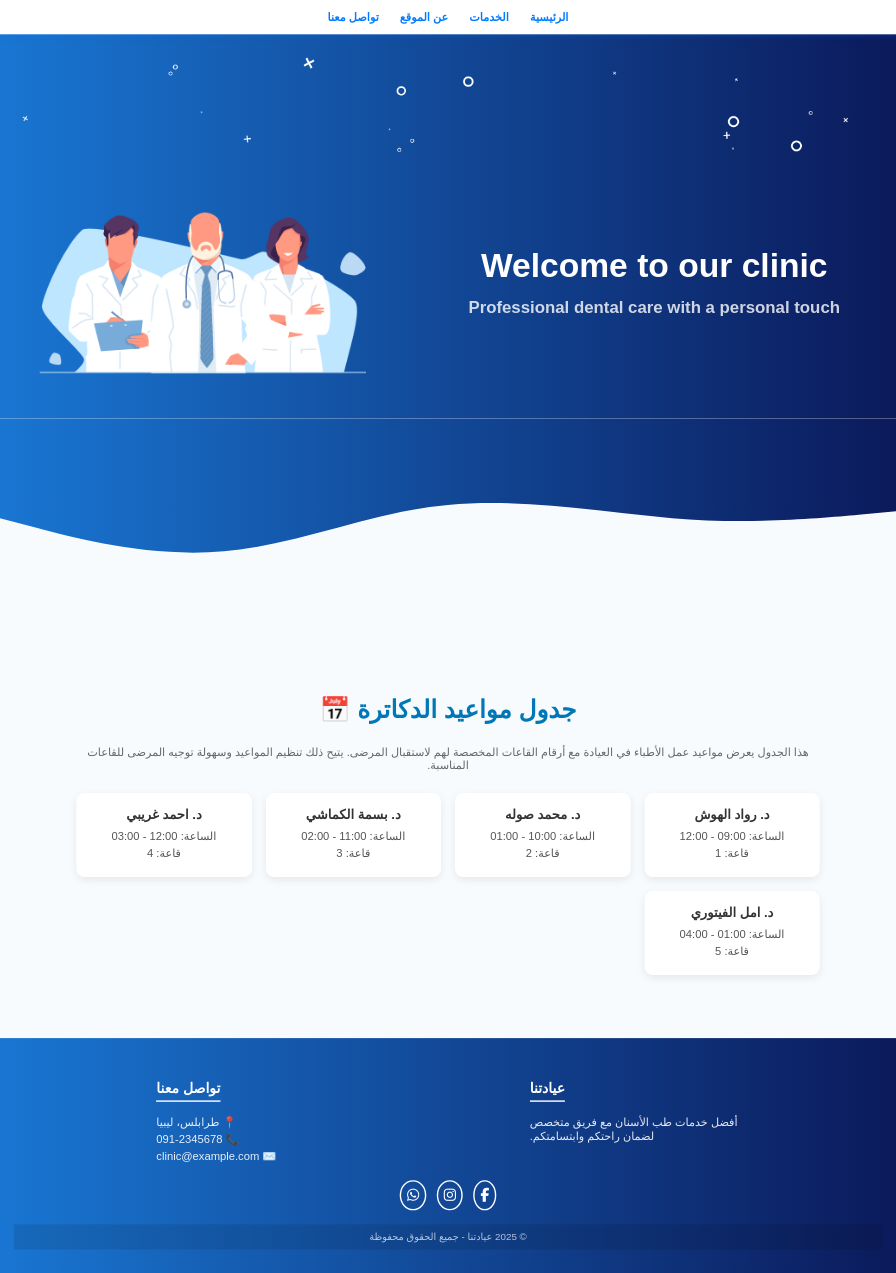
Repository: mysite4/s
Page: http://localhost/services/reception/
These files come from the project's save history. The page is drawn as it stood at one moment and after the next save; the edit follows.
The browser window is 1280 px wide. The pictures show the whole page, at 70% of full size.
Some web fonts or font styles are not loaded; a fallback is used. The page is served by the project's application, run on Django 5.2 (manage.py). Other server files are loaded and not shown.

Above is the page before, as saved 2025-11-10 21:54:14.

### main/templates/services/reception.html
{% extends 'base.html' %}
{% load static %}

{% block content %}
<link rel="stylesheet" href="{% static 'css/dashboard.css' %}">

<div class="page-container fade-in">
  <h1 class="page-title">جدول مواعيد الدكاترة 📅</h1>
  <p class="page-subtitle">
    هذا الجدول يعرض مواعيد عمل الأطباء في العيادة مع أرقام القاعات المخصصة لهم لاستقبال المرضى.
    يتيح ذلك تنظيم المواعيد وسهولة توجيه المرضى للقاعات المناسبة.
  </p>

  <div class="appointments-grid">
    <div class="appointment-card">
      <h3>د. رواد الهوش</h3>
      <p>الساعة: 09:00 - 12:00</p>
      <p>قاعة: 1</p>
    </div>

    <div class="appointment-card">
      <h3>د. محمد صوله</h3>
      <p>الساعة: 10:00 - 01:00</p>
      <p>قاعة: 2</p>
    </div>

    <div class="appointment-card">
      <h3>د. بسمة الكماشي</h3>
      <p>الساعة: 11:00 - 02:00</p>
      <p>قاعة: 3</p>
    </div>

    <div class="appointment-card">
      <h3>د. احمد غريبي</h3>
      <p>الساعة: 12:00 - 03:00</p>
      <p>قاعة: 4</p>
    </div>

    <div class="appointment-card">
      <h3>د. امل الفيتوري</h3>
      <p>الساعة: 01:00 - 04:00</p>
      <p>قاعة: 5</p>
    </div>
  </div>
</div>

<style>
.page-subtitle {
  text-align: center;
  color: #666;
  margin-top: -10px;
  margin-bottom: 30px;
}

.appointments-grid {
  display: grid;
  grid-template-columns: repeat(auto-fit, minmax(250px, 1fr));
  gap: 20px;
}

.appointment-card {
  background: #fff;
  border-radius: 12px;
  padding: 20px;
  box-shadow: 0 4px 12px rgba(0,0,0,0.08);
  transition: transform 0.2s ease, box-shadow 0.2s ease;
  text-align: center;
}

.appointment-card:hover {
  transform: translateY(-5px);
  box-shadow: 0 6px 18px rgba(0,0,0,0.12);
}

.appointment-card h3 {
  margin: 0 0 10px;
  color: #333;
}

.appointment-card p {
  margin: 5px 0;
  color: #555;
}
</style>

{% endblock %}

### main/templates/base.html
{% load static %}
<!DOCTYPE html>
<html lang="ar" dir="rtl">
<head>
<meta charset="UTF-8">
<meta name="viewport" content="width=device-width, initial-scale=1.0">
<title>{% block title %}عيادتنا{% endblock %}</title>
<link href="https://fonts.googleapis.com/css2?family=Cairo:wght@200..1000&display=swap" rel="stylesheet">
<link rel="stylesheet" href="https://cdn.jsdelivr.net/npm/swiper@10/swiper-bundle.min.css"/>
<link rel="stylesheet" href="https://cdnjs.cloudflare.com/ajax/libs/font-awesome/6.5.0/css/all.min.css">
<link rel="stylesheet" href="{% static 'css/style.css' %}">
{% block extra_head %}{% endblock %}
</head>
<body>

<!-- الهيدر -->
<nav>
  <ul>
    <li>{% if request.path == '/' %}
  <a href="#" class="active">الرئيسية</a>
{% else %}
  <a href="{% url 'home' %}">الرئيسية</a>
{% endif %}
</li>
    <li>
    {% if request.path == '/' %}
      <a href="#services">الخدمات</a>
    {% else %}
      <a href="{% url 'home' %}#services">الخدمات</a>
    {% endif %}
  </li>
    <li>
    {% if request.path == '/' %}
      <a href="#about">عن الموقع</a>
    {% else %}
      <a href="{% url 'home' %}#about">عن الموقع</a>
    {% endif %}
  </li>
    <li><a href="#contact">تواصل معنا</a></li>
  </ul>
</nav>

<header id="home">
  <div class="header-image">
    <img src="{% static 'image/44.png' %}" alt="صورة شفافة">
  </div>
  <div class="header-content">
    <div class="header-text">
      <h1>Welcome to our clinic</h1>
      <h3>Professional dental care with a personal touch</h3>
    </div>
    <div class="header-icon">
      <img src="{% static 'image/r.png.png' %}" alt="ريم">
    </div>
  </div>
</header>
<!-- موجة -->
<svg class="waves" xmlns="http://www.w3.org/2000/svg" viewBox="0 0 1440 320">
  <defs>
    <linearGradient id="waveGradient" x1="0%" y1="0%" x2="100%" y2="0%">
      <stop offset="0%" style="stop-color:#1976d2;stop-opacity:1" />
      <stop offset="100%" style="stop-color:#0b1a5b;stop-opacity:1"/>
    </linearGradient>
  </defs>
  <path fill="url(#waveGradient)" d="M0,160L60,176C120,192,240,224,360,213.3C480,203,600,149,720,138.7C840,128,960,149,1080,160C1200,171,1320,160,1380,154.7L1440,149L1440,0L0,0Z"></path>
</svg>
<!-- مكان المحتوى لكل صفحة -->
<main>
  {% block content %}{% endblock %}
</main>

<!-- الفوتر -->
<footer id="contact">
  <div class="footer-container">
    <div class="footer-col">
      <h3>عيادتنا</h3>
      <p>أفضل خدمات طب الأسنان مع فريق متخصص لضمان راحتكم وابتسامتكم.</p>
    </div>

    <div class="footer-col">
      <h3>تواصل معنا</h3>
      <ul>
        <li>📍 طرابلس، ليبيا</li>
        <li>📞 091-2345678</li>
        <li>✉️ clinic@example.com</li>
      </ul>
    </div>
  </div>

  <div class="social-icons">
    <a href="#"><i class="fab fa-facebook-f"></i></a>
    <a href="#"><i class="fab fa-instagram"></i></a>
    <a href="#"><i class="fab fa-whatsapp"></i></a>
  </div>

  <p class="bottom-text">© 2025 عيادتنا - جميع الحقوق محفوظة</p>
</footer>

<script src="https://cdn.jsdelivr.net/npm/swiper@10/swiper-bundle.min.js"></script>
{% block extra_js %}{% endblock %}

<!-- Bootstrap JS -->
<script src="https://cdn.jsdelivr.net/npm/bootstrap@5.3.0/dist/js/bootstrap.bundle.min.js"></script>

</body>
</html>

### main/views.py
from django.shortcuts import render, redirect
from django.http import JsonResponse
from .models import Appointment, Patient
from .forms import AppointmentForm, PatientForm
from django.utils import timezone

# الصفحة الرئيسية
def home(request):
    return render(request, 'home.html')


# صفحة الحجز
# صفحة الحجز
def booking_page(request):
    if request.method == 'POST':
        form = AppointmentForm(request.POST)
        if form.is_valid():
            appointment = form.save()  # يخزن الموعد

            # الحصول على الملاحظات من الفورم
            patient_name = form.cleaned_data['name']
            patient_phone = form.cleaned_data['phone']
            patient_notes = form.cleaned_data.get('message', '')

            # إنشاء أو تحديث المريض لتخزين الملاحظات
            patient, created = Patient.objects.update_or_create(
                name=patient_name,
                defaults={
                    'phone': patient_phone,
                    'notes': patient_notes
                }
            )

            return render(request, 'booking_success.html')
    else:
        form = AppointmentForm()
    return render(request, 'booking.html', {'form': form})

# عرض جميع المواعيد
def appointments(request):
    appointments_list = Appointment.objects.all().order_by('-date', '-time')
    return render(request, 'services/appointments.html', {'appointments': appointments_list})


# عرض وإضافة المرضى
def patients_view(request):
    if request.method == 'POST':
        form = PatientForm(request.POST)
        if form.is_valid():
            form.save()
            return redirect('patients')
    else:
        form = PatientForm()

    patients_list = Patient.objects.all().order_by('-id')
    return render(request, 'services/patients.html', {'form': form, 'patients': patients_list})


# صفحات الخدمات الأخرى (عرض فقط)
def accounting(request):
    return render(request, 'services/accounting.html')

def reception(request):
    return render(request, 'services/reception.html')

def notifications(request):
    return render(request, 'services/notifications.html')

def tasks(request):
    return render(request, 'services/tasks.html')

def emergency(request):
    return render(request, 'services/emergency.html')


# تعديل موعد باستخدام AJAX
def edit_appointment(request):
    if request.method == "POST":
        appointment_id = request.POST.get("appointment_id")
        appointment = Appointment.objects.get(id=appointment_id)
        appointment.name = request.POST.get("patient_name")
        appointment.date = request.POST.get("date")
        appointment.time = request.POST.get("time")
        appointment.save()
        return JsonResponse({"success": True})
    return JsonResponse({"success": False})


# صفحة الإحصائيات (عدد المرضى + الحجوزات التي أُدخلت اليوم)
def stats_view(request):
    today = timezone.localdate()  # تاريخ اليوم حسب المنطقة الزمنية

    # عدد المرضى الكلي
    total_patients = Patient.objects.count()

    # عدد الحجوزات التي تم إدخالها اليوم
    visits_today = Appointment.objects.filter(created_at__date=today).count()

    context = {
        'total_patients': total_patients,
        'visits_today': visits_today,
    }

    print("📊 الإحصائيات تعمل بنجاح ✅")  # يظهر في التيرمنال لتأكيد التنفيذ
    return render(request, 'services/statistics.html', context)

### mysite/urls.py
"""
URL configuration for mysite project.

The `urlpatterns` list routes URLs to views. For more information please see:
    https://docs.djangoproject.com/en/5.2/topics/http/urls/
Examples:
Function views
    1. Add an import:  from my_app import views
    2. Add a URL to urlpatterns:  path('', views.home, name='home')
Class-based views
    1. Add an import:  from other_app.views import Home
    2. Add a URL to urlpatterns:  path('', Home.as_view(), name='home')
Including another URLconf
    1. Import the include() function: from django.urls import include, path
    2. Add a URL to urlpatterns:  path('blog/', include('blog.urls'))
"""
from django.contrib import admin
from django.urls import path, include

urlpatterns = [
    path('admin/', admin.site.urls),
    path('', include('main.urls')),
]

### main/urls.py
from django.urls import path
from . import views

urlpatterns = [
    path('', views.home, name='home'),
    path('booking/', views.booking_page, name='booking_page'),
    path('services/appointments/', views.appointments, name='appointments'),
    path('services/patients/', views.patients_view, name='patients'),
    path('services/accounting/', views.accounting, name='accounting'),
    path('services/reception/', views.reception, name='reception'),
    path('services/notifications/', views.notifications, name='notifications'),
    path('services/statistics/', views.stats_view, name='statistics'),  # ✅ تم التعديل هنا
    path('services/tasks/', views.tasks, name='tasks'),
    path('services/emergency/', views.emergency, name='emergency'),
    path('edit_appointment/', views.edit_appointment, name='edit_appointment'),
]

### main/static/css/dashboard.css
@import url('https://fonts.googleapis.com/css2?family=Cairo:wght@400;600;700&display=swap');

body {
  font-family: 'Cairo', sans-serif;
  background-color: #f8fbfd;
  color: #222;
  margin: 0;
  padding: 0;
  direction: rtl;
}

.page-container {
  width: 90%;
  margin: 60px auto;
  text-align: center;
}

.page-title {
  font-size: 2.2rem;
  color: #0077b6;
  margin-bottom: 40px;
  font-weight: 700;
}

.grid-container {
  display: grid;
  grid-template-columns: repeat(auto-fit, minmax(270px, 1fr));
  gap: 25px;
}

.card {
  background-color: #fff;
  padding: 25px;
  border-radius: 18px;
  box-shadow: 0 3px 15px rgba(0, 0, 0, 0.07);
  transition: transform 0.3s ease, box-shadow 0.3s ease;
}

.card:hover {
  transform: translateY(-6px);
  box-shadow: 0 5px 18px rgba(0, 0, 0, 0.1);
}

.card h3 {
  color: #023e8a;
  margin-bottom: 10px;
}

.card p {
  font-size: 0.95rem;
  color: #555;
  margin-bottom: 15px;
}

.btn-main, .btn-secondary, .btn-alert {
  border: none;
  border-radius: 12px;
  padding: 10px 20px;
  cursor: pointer;
  font-weight: bold;
  transition: all 0.3s ease;
}

.btn-main {
  background-color: #0077b6;
  color: white;
}

.btn-main:hover {
  background-color: #0096c7;
}

.btn-secondary {
  background-color: #90e0ef;
  color: #023e8a;
}

.btn-secondary:hover {
  background-color: #48cae4;
}

.btn-alert {
  background-color: #ef476f;
  color: white;
}

.btn-alert:hover {
  background-color: #d62839;
}

.fade-in {
  animation: fadeIn 0.8s ease forwards;
  opacity: 0;
}

@keyframes fadeIn {
  from { opacity: 0; transform: translateY(15px); }
  to { opacity: 1; transform: translateY(0); }
}

.stats-page {
  padding: 40px;
}

.page-subtitle {
  color: #555;
  margin-bottom: 30px;
}

.stats-cards {
  display: grid;
  grid-template-columns: repeat(auto-fit, minmax(230px, 1fr));
  gap: 20px;
  margin-bottom: 40px;
}

.stat-card {
  text-align: center;
  padding: 20px;
  border-radius: 15px;
  background: #fff;
  box-shadow: 0 4px 10px rgba(0,0,0,0.08);
}

.stat-number {
  font-size: 2rem;
  font-weight: bold;
  color: #333;
}

.stat-change {
  display: inline-block;
  margin-top: 8px;
  font-size: 0.9rem;
  border-radius: 12px;
  padding: 4px 10px;
}

.stat-change.positive {
  background: #d4edda;
  color: #155724;
}

.stat-change.negative {
  background: #f8d7da;
  color: #721c24;
}

.stat-change.neutral {
  background: #e2e3e5;
  color: #383d41;
}

.charts-section {
  display: grid;
  grid-template-columns: repeat(auto-fit, minmax(300px, 1fr));
  gap: 25px;
}

.chart-card {
  background: #fff;
  border-radius: 15px;
  box-shadow: 0 4px 10px rgba(0,0,0,0.08);
  padding: 20px;
  text-align: center;
}

.chart-card img {
  width: 100%;
  margin-top: 10px;
  border-radius: 10px;
}

.tasks-page {
  padding: 40px;
}

.page-subtitle {
  color: #555;
  margin-bottom: 25px;
}

.add-task-card {
  display: flex;
  justify-content: center;
  align-items: center;
  gap: 10px;
  margin-bottom: 40px;
}

.task-input {
  width: 60%;
  padding: 12px 15px;
  border-radius: 10px;
  border: 1px solid #ccc;
  font-size: 1rem;
  transition: 0.3s;
}

.task-input:focus {
  border-color: #007bff;
  outline: none;
  box-shadow: 0 0 5px rgba(0,123,255,0.2);
}

.tasks-grid {
  display: grid;
  grid-template-columns: repeat(auto-fit, minmax(270px, 1fr));
  gap: 25px;
}

.task-column {
  background: #fff;
  border-radius: 15px;
  box-shadow: 0 3px 10px rgba(0,0,0,0.08);
  padding: 20px;
}

.task-column h3 {
  margin-bottom: 15px;
  border-bottom: 2px solid #eee;
  padding-bottom: 8px;
}

.task-card {
  background: #f9f9f9;
  border-radius: 12px;
  padding: 15px;
  margin-bottom: 12px;
  box-shadow: 0 2px 6px rgba(0,0,0,0.05);
  transition: 0.3s;
}

.task-card:hover {
  transform: translateY(-3px);
}

.task-card h4 {
  margin: 0 0 5px 0;
  font-size: 1.1rem;
}

.task-card p {
  font-size: 0.9rem;
  color: #555;
}

.tag {
  display: inline-block;
  margin-top: 8px;
  font-size: 0.8rem;
  padding: 4px 10px;
  border-radius: 10px;
  background: #ddd;
}

.in-progress {
  border-left: 5px solid #007bff;
}

.done {
  border-left: 5px solid #28a745;
}

.delayed {
  border-left: 5px solid #dc3545;
}

.emergency-page {
  padding: 40px;
}

.page-subtitle {
  color: #555;
  margin-bottom: 25px;
}

.alert-banner {
  background: #ffe5e5;
  color: #b10000;
  border-left: 6px solid #ff3b3b;
  padding: 15px 20px;
  border-radius: 10px;
  margin-bottom: 30px;
  font-weight: 600;
}

.emergency-grid {
  display: grid;
  grid-template-columns: repeat(auto-fit, minmax(280px, 1fr));
  gap: 25px;
  margin-bottom: 40px;
}

.emergency-card {
  border-radius: 15px;
  padding: 25px;
  color: #fff;
  transition: 0.3s;
  box-shadow: 0 4px 10px rgba(0,0,0,0.15);
}

.emergency-card h3 {
  margin-bottom: 10px;
}

.emergency-card p {
  font-size: 0.95rem;
  opacity: 0.9;
  margin-bottom: 15px;
}

.emergency-card.red {
  background: linear-gradient(135deg, #e53935, #b71c1c);
}

.emergency-card.orange {
  background: linear-gradient(135deg, #ff9800, #e65100);
}

.emergency-card.green {
  background: linear-gradient(135deg, #4caf50, #1b5e20);
}

.emergency-card:hover {
  transform: translateY(-5px);
}

.contact-emergency {
  background: #fff;
  padding: 25px;
  border-radius: 15px;
  text-align: center;
  box-shadow: 0 3px 10px rgba(0,0,0,0.08);
}

.hotline {
  font-size: 1.6rem;
  font-weight: 700;
  color: #e53935;
  margin: 10px 0 20px;
}

.pulse {
  animation: pulse 1.5s infinite;
}

@keyframes pulse {
  0% { transform: scale(1); box-shadow: 0 0 0 0 rgba(229,57,53, 0.6); }
  70% { transform: scale(1.05); box-shadow: 0 0 0 10px rgba(229,57,53, 0); }
  100% { transform: scale(1); box-shadow: 0 0 0 0 rgba(229,57,53, 0); }
}

Loaded but not shown: main/static/css/style.css (525 lines, source omitted)

After the next save:
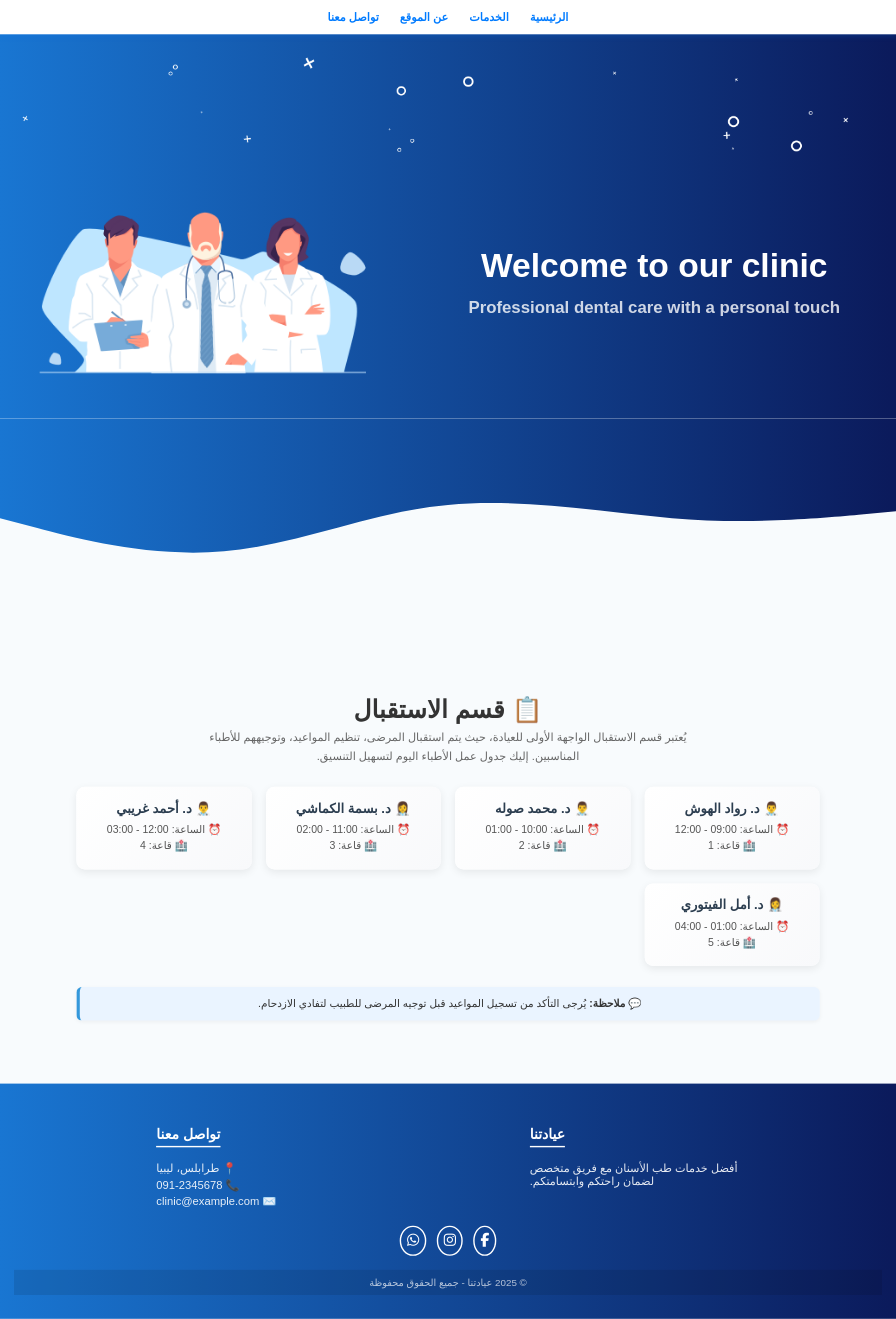
Saved 2 min 44 s later.
--- a/main/templates/services/reception.html
+++ b/main/templates/services/reception.html
@@ -5,51 +5,62 @@
 <link rel="stylesheet" href="{% static 'css/dashboard.css' %}">
 
 <div class="page-container fade-in">
-  <h1 class="page-title">جدول مواعيد الدكاترة 📅</h1>
+  <h1 class="page-title">📋 قسم الاستقبال</h1>
   <p class="page-subtitle">
-    هذا الجدول يعرض مواعيد عمل الأطباء في العيادة مع أرقام القاعات المخصصة لهم لاستقبال المرضى.
-    يتيح ذلك تنظيم المواعيد وسهولة توجيه المرضى للقاعات المناسبة.
+    يُعتبر قسم الاستقبال الواجهة الأولى للعيادة، حيث يتم استقبال المرضى، تنظيم المواعيد، وتوجيههم للأطباء المناسبين.
+    إليك جدول عمل الأطباء اليوم لتسهيل التنسيق.
   </p>
 
   <div class="appointments-grid">
     <div class="appointment-card">
-      <h3>د. رواد الهوش</h3>
-      <p>الساعة: 09:00 - 12:00</p>
-      <p>قاعة: 1</p>
+      <h3>👨‍⚕️ د. رواد الهوش</h3>
+      <p>⏰ الساعة: 09:00 - 12:00</p>
+      <p>🏥 قاعة: 1</p>
     </div>
 
     <div class="appointment-card">
-      <h3>د. محمد صوله</h3>
-      <p>الساعة: 10:00 - 01:00</p>
-      <p>قاعة: 2</p>
+      <h3>👨‍⚕️ د. محمد صوله</h3>
+      <p>⏰ الساعة: 10:00 - 01:00</p>
+      <p>🏥 قاعة: 2</p>
     </div>
 
     <div class="appointment-card">
-      <h3>د. بسمة الكماشي</h3>
-      <p>الساعة: 11:00 - 02:00</p>
-      <p>قاعة: 3</p>
+      <h3>👩‍⚕️ د. بسمة الكماشي</h3>
+      <p>⏰ الساعة: 11:00 - 02:00</p>
+      <p>🏥 قاعة: 3</p>
     </div>
 
     <div class="appointment-card">
-      <h3>د. احمد غريبي</h3>
-      <p>الساعة: 12:00 - 03:00</p>
-      <p>قاعة: 4</p>
+      <h3>👨‍⚕️ د. أحمد غريبي</h3>
+      <p>⏰ الساعة: 12:00 - 03:00</p>
+      <p>🏥 قاعة: 4</p>
     </div>
 
     <div class="appointment-card">
-      <h3>د. امل الفيتوري</h3>
-      <p>الساعة: 01:00 - 04:00</p>
-      <p>قاعة: 5</p>
+      <h3>👩‍⚕️ د. أمل الفيتوري</h3>
+      <p>⏰ الساعة: 01:00 - 04:00</p>
+      <p>🏥 قاعة: 5</p>
     </div>
+  </div>
+
+  <div class="reception-note">
+    💬 <strong>ملاحظة:</strong> يُرجى التأكد من تسجيل المواعيد قبل توجيه المرضى للطبيب لتفادي الازدحام.
   </div>
 </div>
 
 <style>
+.page-title {
+  text-align: center;
+  color: #333;
+  margin-bottom: 10px;
+}
+
 .page-subtitle {
   text-align: center;
   color: #666;
-  margin-top: -10px;
-  margin-bottom: 30px;
+  margin: -5px auto 30px;
+  max-width: 700px;
+  line-height: 1.7;
 }
 
 .appointments-grid {
@@ -59,7 +70,7 @@
 }
 
 .appointment-card {
-  background: #fff;
+  background: linear-gradient(135deg, #ffffff, #f8f9fb);
   border-radius: 12px;
   padding: 20px;
   box-shadow: 0 4px 12px rgba(0,0,0,0.08);
@@ -74,12 +85,25 @@
 
 .appointment-card h3 {
   margin: 0 0 10px;
-  color: #333;
+  color: #2c3e50;
 }
 
 .appointment-card p {
   margin: 5px 0;
   color: #555;
+  font-size: 15px;
+}
+
+.reception-note {
+  margin-top: 30px;
+  text-align: center;
+  background: #eaf4ff;
+  border-left: 5px solid #3498db;
+  padding: 15px;
+  border-radius: 8px;
+  color: #333;
+  font-size: 15px;
+  box-shadow: 0 2px 6px rgba(0,0,0,0.05);
 }
 </style>
 
--- a/main/static/css/dashboard.css
+++ b/main/static/css/dashboard.css
@@ -20,6 +20,8 @@ body {
   color: #0077b6;
   margin-bottom: 40px;
   font-weight: 700;
+  text-align: center;
+
 }
 
 .grid-container {
